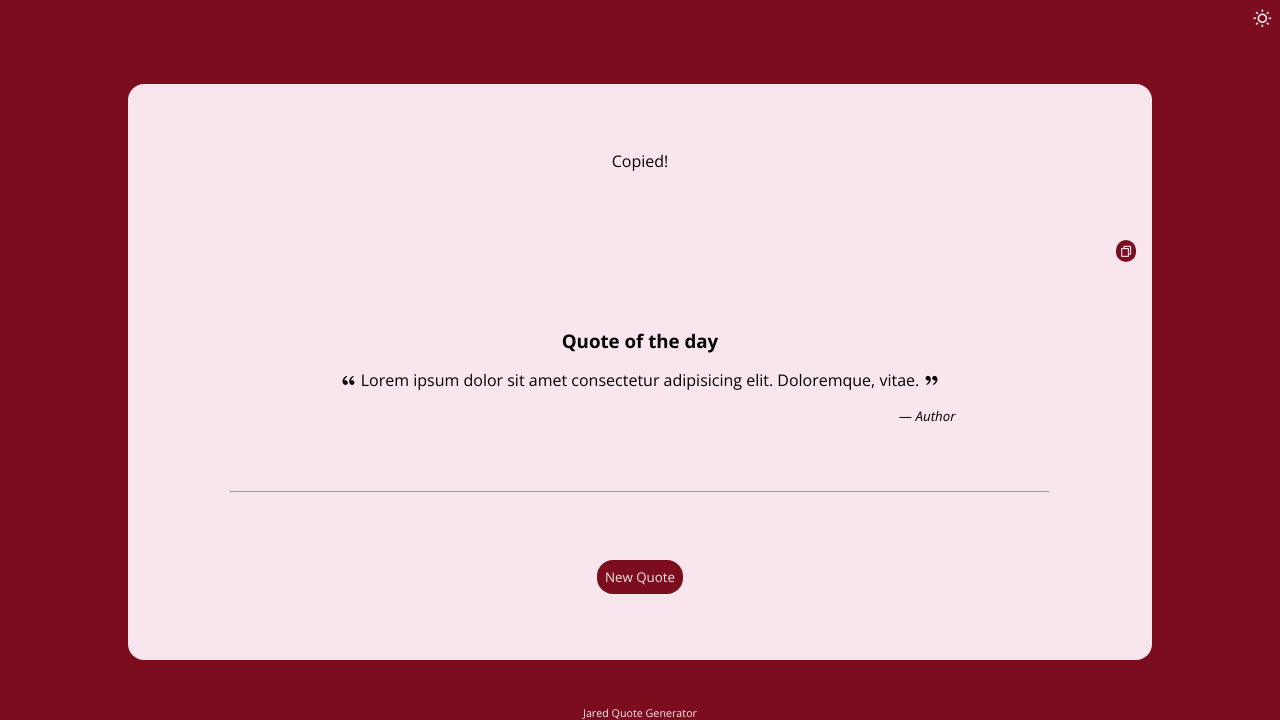
Repository: EguJaredoBoyd/Jared-Quote-Generator
Page: html/main.html
These files come from the project's save history. The page is drawn as it stood at one moment and after the next save; the edit follows.
The browser window is 1280 px wide. The pictures show the whole page.
Some web libraries are served in a nearby version.

Above is the page before, as saved 2026-01-09 23:19:04.

After the next save:
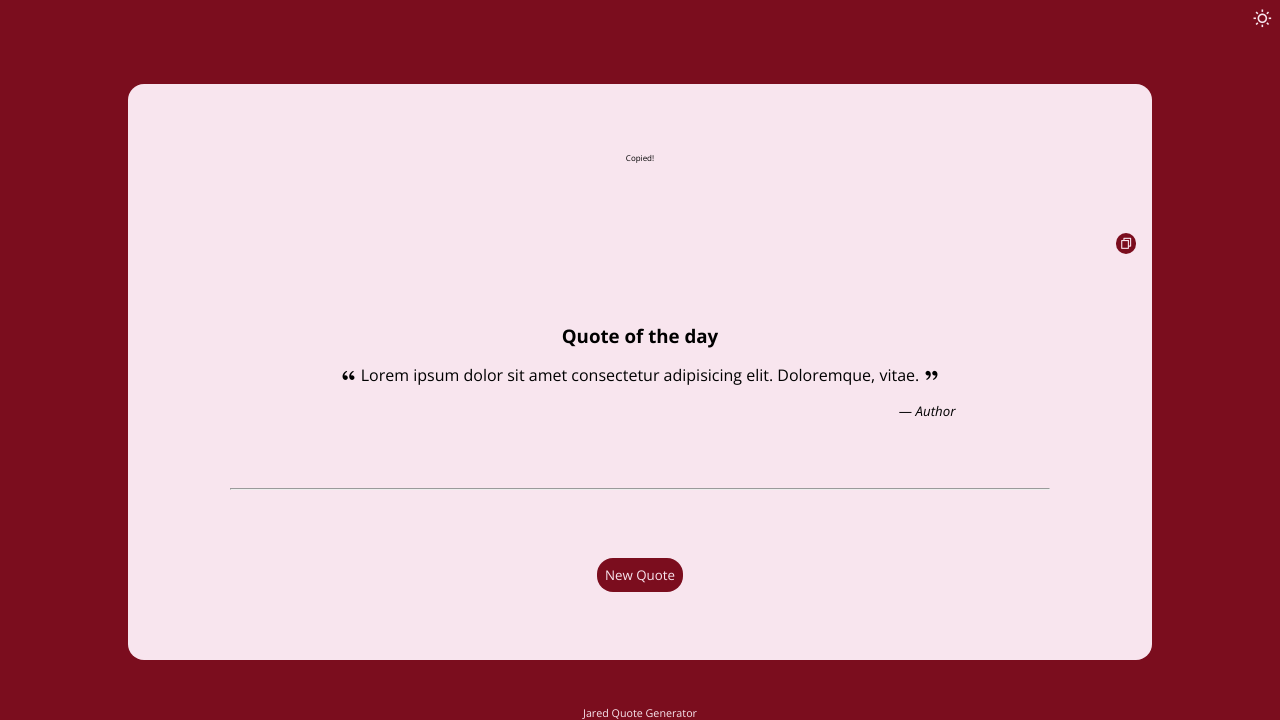
Saved 60 s later.
--- a/css/style.css
+++ b/css/style.css
@@ -64,6 +64,10 @@
   border-radius: 1rem;
 }
 
+.quote-container span {
+  font-size: 0.5rem;
+}
+
 .quote-container__copy {
   align-self: self-end;
   padding-right: 1rem;

After the save that followed:
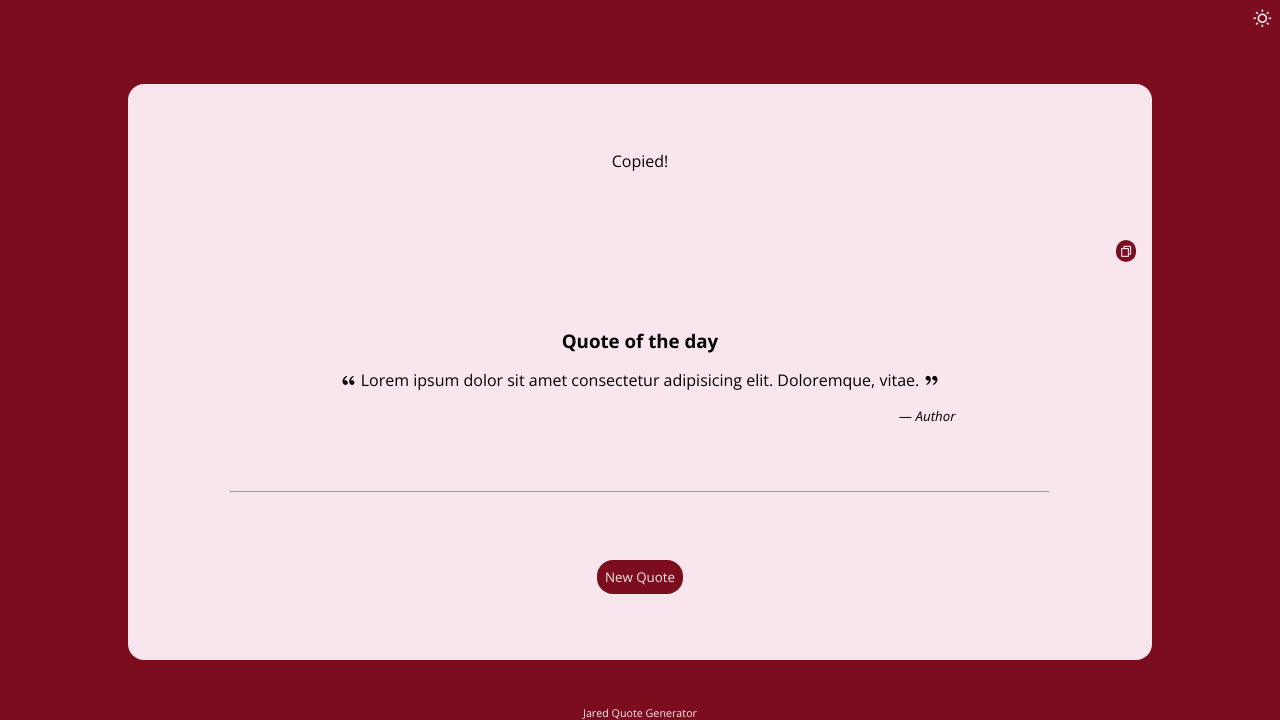
Saved 7 s later.
--- a/css/style.css
+++ b/css/style.css
@@ -65,7 +65,7 @@
 }
 
 .quote-container span {
-  font-size: 0.5rem;
+  font-size: 1rem;
 }
 
 .quote-container__copy {
